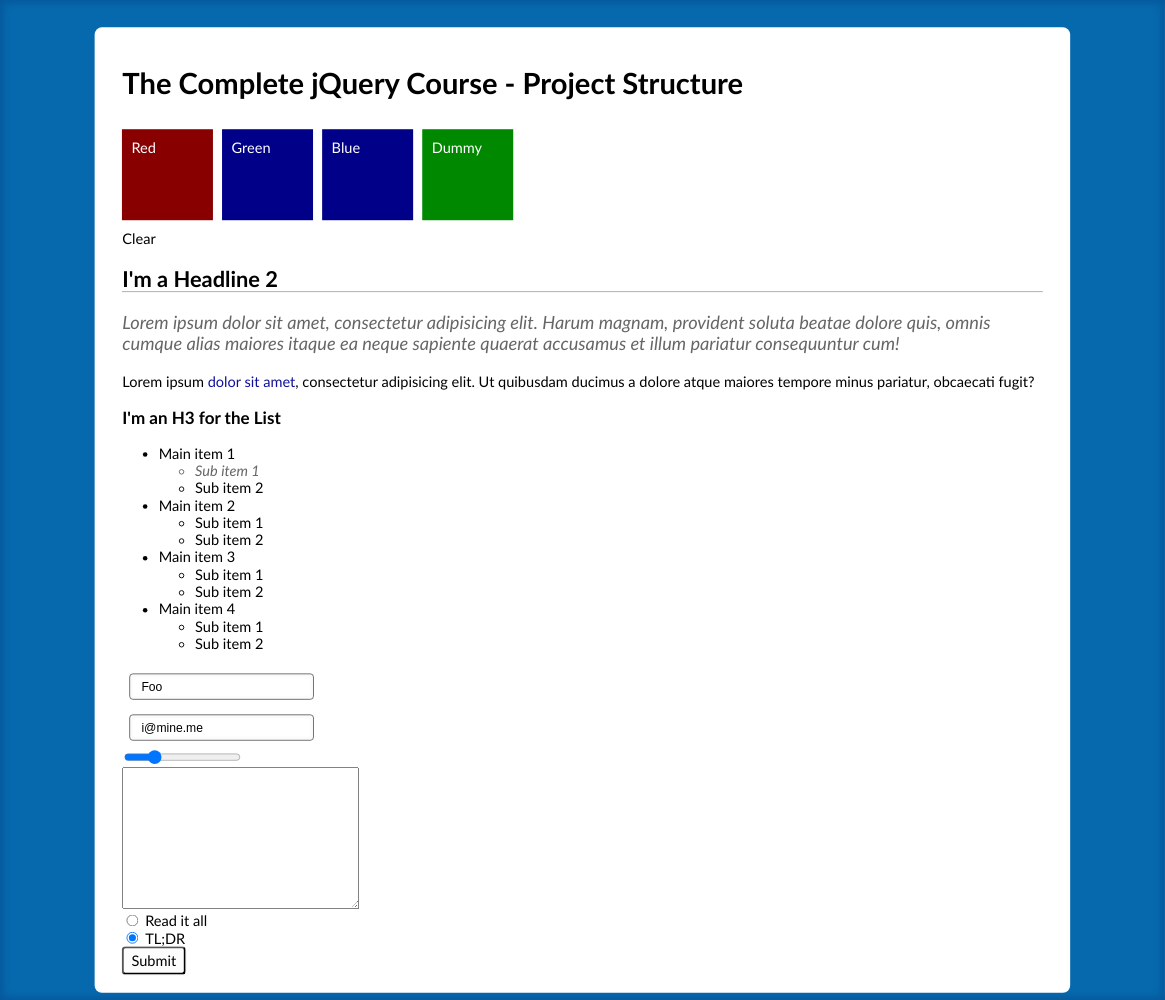
Repository: vpriyankaprabhu/Jquery-examples
Page: 06/hover/index.html
The author's editor kept a copy of each file at every save. The page is drawn from the files as they stood at one save, then again after the next save.
The browser window is 1280 px wide. The pictures show the whole page, at 91% of full size.

Above is the page before, as saved 2024-12-30 15:23:03.

### 06/hover/index.html
<!DOCTYPE html>
<html lang="en">
<head>
  <meta charset="UTF-8">
  <script src="https://code.jquery.com/jquery-1.12.3.min.js" integrity="sha256-aaODHAgvwQW1bFOGXMeX+pC4PZIPsvn2h1sArYOhgXQ=" crossorigin="anonymous"></script>
  <script src="js/script.js"></script>
  <link rel="stylesheet" href="css/style.css">
  <title>The Complete jQuery Course - Course Code</title>
</head>
<body>
  <div id="content">
    <h1>The Complete jQuery Course - Project Structure</h1>

    <div class="red-box">Red</div>
    <div class="green-box">Green</div>
    <div class="blue-box">Blue</div>
    <div class="dummy">Dummy</div>
    <div class="clear">Clear</div>

    <h2>I'm a Headline 2</h2>
    <p>Lorem ipsum dolor sit amet, consectetur adipisicing elit. Harum magnam, provident soluta beatae dolore quis, omnis cumque alias maiores itaque ea neque sapiente quaerat accusamus et illum pariatur consequuntur cum!</p>
    <p>Lorem ipsum <a id="link" title="An amazing link" href="/url">dolor sit amet</a>, consectetur adipisicing elit. Ut quibusdam ducimus a dolore atque maiores tempore minus pariatur, obcaecati fugit?</p>

    <h3>I'm an H3 for the List</h3>
    <!-- An unordered list with ID "list" -->
    <ul id="list">
      <li>Main item 1
        <ul>
          <li>Sub item 1</li>
          <li>Sub item 2</li>
        </ul></li>
      <li>Main item 2
        <ul>
          <li>Sub item 1</li>
          <li>Sub item 2</li>
        </ul></li>
      <li>Main item 3
        <ul>
          <li>Sub item 1</li>
          <li>Sub item 2</li>
        </ul></li>
      <li>Main item 4
        <ul>
          <li>Sub item 1</li>
          <li>Sub item 2</li>
        </ul></li>
    </ul>

    <!-- A form element without class or ID  -->
    <form action="">
      <input type="text" value="Foo"><br>
      <input type="email" value="i@mine.me"><br>
      <input type="range" min="1" max="10" value="3"><br>
      <textarea name="message" id="message" cols="30" rows="10"></textarea><br>
      <input type="radio" name="toc" value="read" id="read"> <label for="read">Read it all</label> <br>
      <input type="radio" name="toc" value="tldr" checked> <label for="tldr">TL;DR</label> <br>
      <input type="submit" value="Submit">
    </form>
</body>
</html>

### 06/hover/js/script.js
$(function () {

  // Additional CSS classes can be added to an element via addClass()

  // For instance, add the class .fancy-link to all anchor tags.
  // Note that you *do not* add a dot in front of the class name here.
  $("a").addClass("fancy-link");

  // You can also add multiple classes at once.
  $("p:first").addClass("large emphasize");

  // To attach a class based on the index of the element in your selected
  // set of elements, you can use a callback function.
  $("li li").addClass(function(index) {
    // This adds classes .item-0, .item-1, ... to the list's sub-items.
    $(this).addClass("item-" + index);
  });

  // You can even use two parameters for the callback function, the index
  // and the current class of the element.
  $("div").addClass(function(index, currentClasses) {
    console.log(currentClasses);  // String containing all classes

    // Add .red-box if the current classes contain "dummy"
    if (currentClasses.indexOf("dummy") !== -1) {
      return "red-box";
    }
  });

  // You can again chain these calls to switch one class for another.
  $(".green-box").removeClass("green-box").addClass("blue-box");

  // To quickly toggle one particular CSS class, use toggleClass().
  $("li li:first").toggleClass("emphasize");


  $(".dummy").removeClass("dummy").addClass("green-box")
  //$(".clear").removeClass("clear").addClass("red-box")
});

### 06/hover/css/style.css
.lightbox {
  position: absolute;
  top: 0;
  left: 0;
  display: none;
  width: 30%;
  height: 60%;
  padding: 15% 35% 25% 35%;
  color: #000000;
  background-color: rgba(200, 100, 0, 0.9);
  text-align: center;
  text-shadow: #333 0 1px 0; }

.red-box {
  float: left;
  width: 80px;
  height: 80px;
  margin: 10px 10px 10px 0;
  padding: 10px;
  color: #ffffff;
  background-color: #880000; }

.green-box {
  float: left;
  width: 80px;
  height: 80px;
  margin: 10px 10px 10px 0;
  padding: 10px;
  color: #ffffff;
  background-color: #008800; }

.blue-box {
  float: left;
  width: 80px;
  height: 80px;
  margin: 10px 10px 10px 0;
  padding: 10px;
  color: #ffffff;
  background-color: #000088; }

.large {
  font-size: 125%;
}

.emphasize {
  color: #666;
  font-style: italic;
}

fieldset {
  border-radius: 4px;
  -moz-border-radius: 4px;
  -webkit-border-radius: 4px; }

label {
  display: inline-block;
  min-width: 100px; }

input[type="text"], input[type="email"], input[type="password"], input[type="tel"] {
  margin: 8px;
  padding: 6px 12px;
  outline: none;
  border: 1px solid #666;
  border-radius: 4px;
  box-shadow: inset 0 0 3px 3px #fafafa; }

input[type="submit"] {
  font-family: "Trebuchet MS", Verdana, Arial, sans-serif;
  font-size: 16px;
  padding: 4px 8px;
  background-color: #fcfcfc;
  box-shadow: 0 0 1px 0 #aaa;
  -webkit-border-radius: 4px;
  -moz-border-radius: 4px;
  border-radius: 4px; }
  input[type="submit"]:hover {
    background-color: #f4f4f4;
    box-shadow: 0 0 1px 0 #ccc; }

html {
  min-height: 100%;
  background-color: #0769ad;
  box-shadow: 0 0 8px 4px #06599d inset; }

body {
  font-size: 16px;
  font-family: "Trebuchet MS", Verdana, Arial, sans-serif; }

.clear {
  clear: both; }

#content {
  overflow: auto;
  width: 80%;
  background-color: #fff;
  margin: 30px auto 0 auto;
  padding: 20px 30px;
  border-radius: 8px;
  -moz-border-radius: 8px;
  -webkit-border-radius: 8px; }

h1 {
  color: #000; }

h2 {
  border-bottom: 1px solid #aaa; }

#dashboard {
  position: absolute;
  width: 120px;
  height: 60%;
  left: -140px;
  top: 100px;
  padding: 20px;
  border-radius: 0 6px 6px 0;
  box-shadow: 0 0 3px 3px #f0f0f0;
  background-color: #999; }

.fancy-link {
  display: inline-block;
  text-decoration: none;
  color: #111199; }

.fancy-link:after {
  display: block;
  content: '';
  border-bottom: solid 1px #22a;
  transform: scaleX(0.0001);
  transition: transform 250ms ease-in-out; }

.fancy-link:hover:after {
  transform: scaleX(1); }

/*# sourceMappingURL=style.css.map */

After the next save:
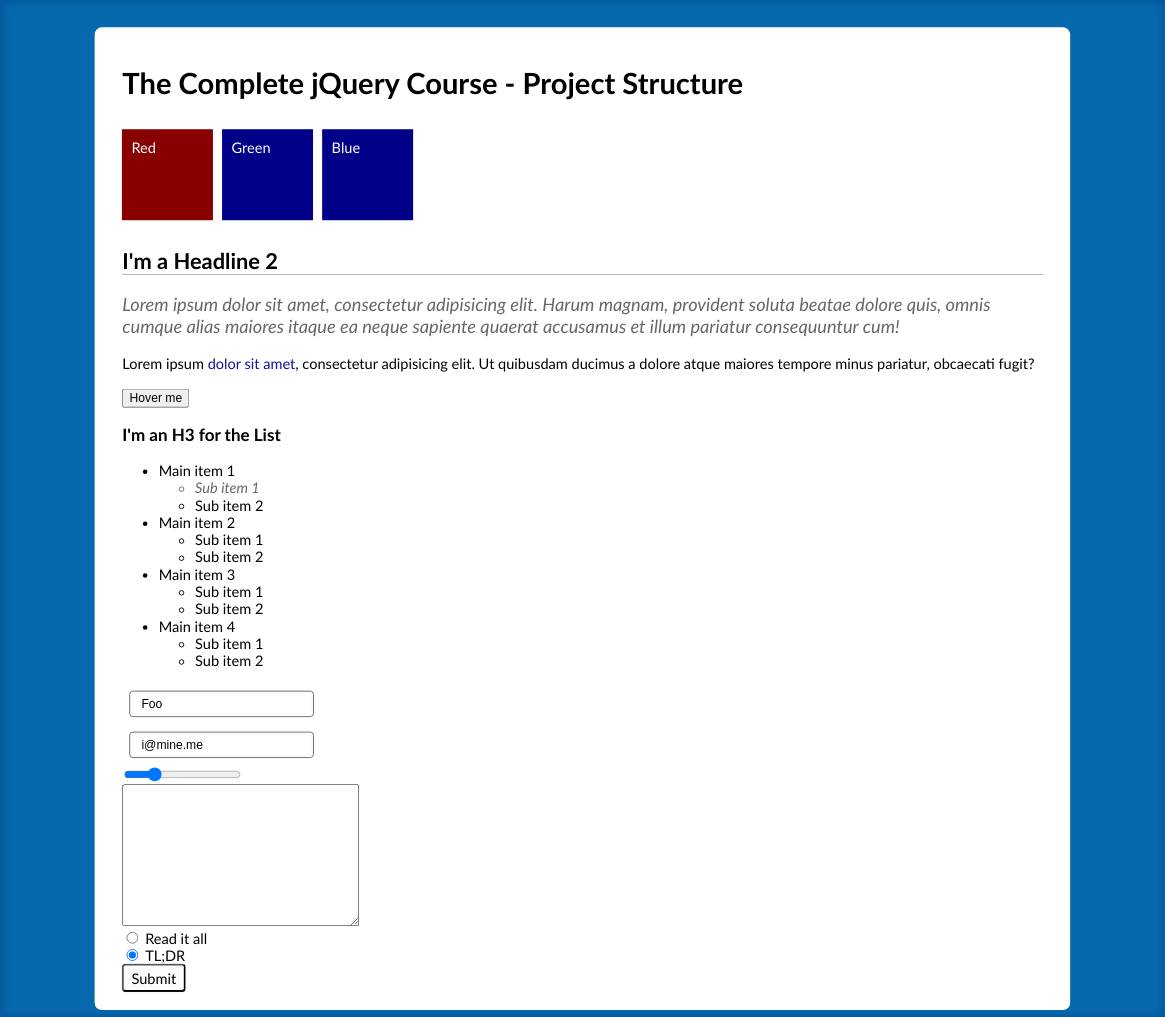
Saved 90 s later.
--- a/06/hover/index.html
+++ b/06/hover/index.html
@@ -14,12 +14,13 @@
     <div class="red-box">Red</div>
     <div class="green-box">Green</div>
     <div class="blue-box">Blue</div>
-    <div class="dummy">Dummy</div>
-    <div class="clear">Clear</div>
+    <div class="clear"></div>
 
     <h2>I'm a Headline 2</h2>
     <p>Lorem ipsum dolor sit amet, consectetur adipisicing elit. Harum magnam, provident soluta beatae dolore quis, omnis cumque alias maiores itaque ea neque sapiente quaerat accusamus et illum pariatur consequuntur cum!</p>
     <p>Lorem ipsum <a id="link" title="An amazing link" href="/url">dolor sit amet</a>, consectetur adipisicing elit. Ut quibusdam ducimus a dolore atque maiores tempore minus pariatur, obcaecati fugit?</p>
+
+    <button id="button">Hover me</button>
 
     <h3>I'm an H3 for the List</h3>
     <!-- An unordered list with ID "list" -->
